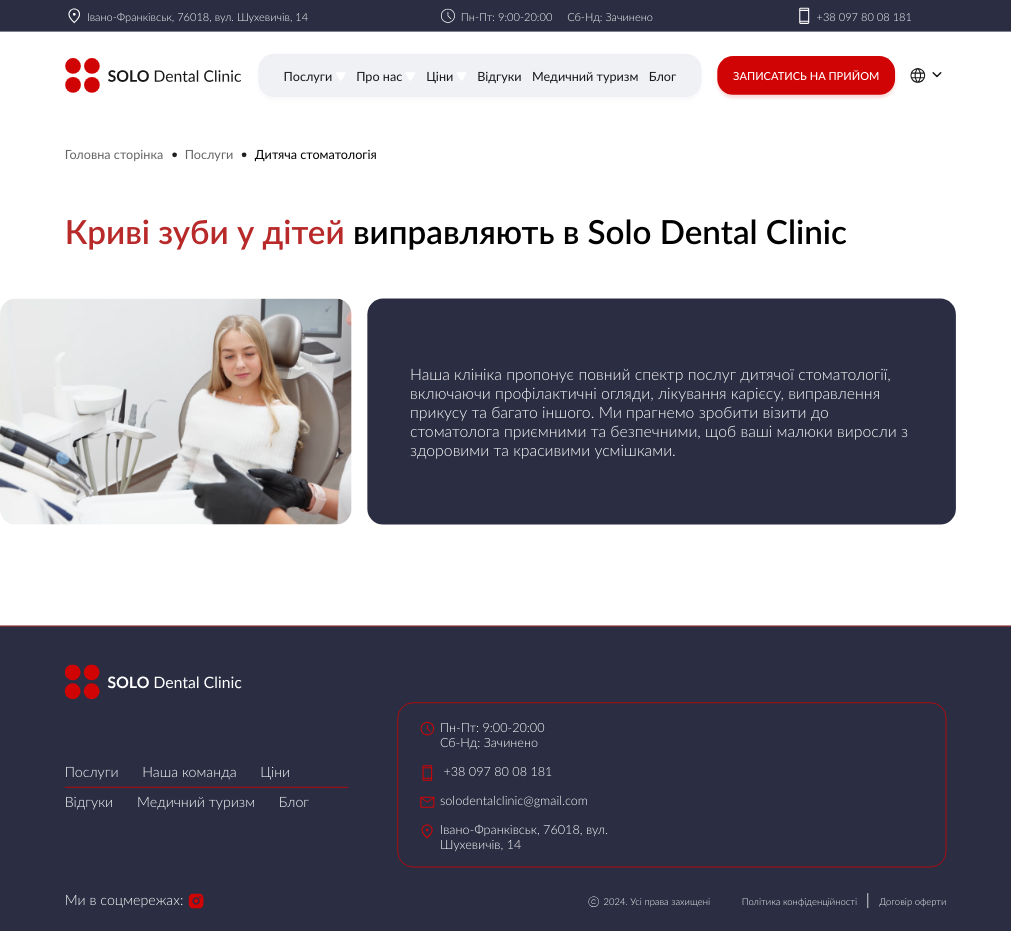
Repository: TarasDutchak/dental-clinic
Page: pediatric-dentistry.html
An editor plug-in stored every save of this project. The page is shown before and after the next save, followed by the edit.
The browser window is 1280 px wide. The pictures show the whole page, at 79% of full size.
Pictures or frames that could not be fetched are drawn as grey boxes.

Above is the page before, as saved 2024-12-31 07:56:09.

### pediatric-dentistry.html
<!DOCTYPE html>
<html lang="en">

<head>
    <meta charset="UTF-8">
    <meta http-equiv="X-UA-Compatible" content="IE=edge">
    <meta name="viewport" content="width=device-width, initial-scale=1.0">
    <title>Дитяча стоматологія</title>
    <link rel="icon" type="image/x-icon" href="favicon.png">
    <link rel="stylesheet" href="css/lib/swiper-bundle.min.css">
    <link rel="stylesheet" href="css/lib/bootstrap-grid.min.css">
    <link rel="stylesheet" href="css/lib/plyr.css">
    <link rel="stylesheet" href="css/lib/select2.css">
    <link rel="stylesheet" href="css/style.css">
</head>

<body>

    <header class="header">
        <div class="header__top">
            <div class="container">
                <div class="row align-items-center">
                    <div class="col-lg-5 col-md-4">
                        <p>
                            <img src="img/header/loc.svg" alt="location">
                            Івано-Франківськ, 76018, вул. Шухевичів, 14
                        </p>
                    </div>
                    <div class="col-lg-4 col-md-4">
                        <p>
                            <img src="img/header/time.svg" alt="workingday">
                            <span>Пн-Пт: 9:00-20:00</span>
                            <span>Сб-Нд: Зачинено</span>
                        </p>
                    </div>
                    <div class="col-lg-3 col-md-4 text-center">
                        <p>
                            <a href="tel:+380978008181">
                                <img src="img/header/tel.svg" alt="tel">
                                +38 097 80 08 181
                            </a>
                        </p>
                    </div>
                </div>
            </div>
        </div>
        <div class="header__content">
            <div class="container_header container">
                <div class="header__logo">
                    <a href="index.html"><img src="img/header/logo.svg" alt="logo"></a>
                </div>
                <div class="header__nav">
                    <nav>
                        <ul>
                            <li class="submenu">
                                <a href="#">
                                    Послуги
                                </a>
                                <ul class="large">
                                    <li><a href="#">Всі послуги</a></li>
                                    <li><a href="#">Відбілювання</a></li>
                                    <li><a href="#">Вініри</a></li>
                                    <li><a href="#">Коронки</a></li>
                                    <li><a href="#">Імплантація</a></li>
                                    <li><a href="#">Гнатологія</a></li>
                                    <li><a href="#">Гігієна ротової порожнини</a></li>
                                    <li><a href="#" class="active">Лікування карієсу</a></li>
                                    <li><a href="#" class="disable">Лікування каналів</a></li>
                                    <li><a href="#">Лікування ясен</a></li>
                                    <li><a href="#">Зубні імпланти</a></li>
                                    <li><a href="#">Хірургічна стоматологія</a></li>
                                    <li><a href="#">Видалення зубів мудрості</a></li>
                                    <li><a href="#">Стоматологія сну</a></li>
                                    <li><a href="#">Виправлення прикусу</a></li>
                                    <li><a href="#">Дитяча стоматологія</a></li>
                                    <li><a href="#">Діагностика ротової порожнини</a></li>
                                </ul>
                            </li>
                            <li class="submenu">
                                <a href="#">
                                    Про нас
                                </a>
                                <ul>
                                    <li><a href="#">Наша клініка</a></li>
                                    <li><a href="#">Лікарі</a></li>
                                    <li><a href="#">Історії лікування</a></li>
                                </ul>
                            </li>
                            <li class="submenu">
                                <a href="#">
                                    Ціни
                                </a>
                                <ul>
                                    <li><a href="#">Прайс</a></li>
                                    <li><a href="#">Оплата частинами</a></li>
                                </ul>
                            </li>
                            <li>
                                <a href="#">
                                    Відгуки
                                </a>
                            </li>
                            <li>
                                <a href="#">
                                    Медичний туризм
                                </a>
                            </li>
                            <li>
                                <a href="#">
                                    Блог
                                </a>
                            </li>
                        </ul>
                        <a href="#" class="redbtn mobshow" data-modal-target="appointmentmodal">
                            записатись на прийом
                        </a>
                    </nav>
                    <button class="closemenu">
                        <img src="img/header/close.png" alt="close menu">
                    </button>
                </div>
                <div class="header__rightsect">
                    <a href="#" class="redbtn" data-modal-target="appointmentmodal">
                        записатись на прийом
                    </a>
                    <div class="languagebox">
                        <span>
                            <img src="img/header/earth.svg" alt="language">
                        </span>
                        <ul>
                            <li>
                                <a href="#">
                                    <img src="img/header/us-flag.svg" alt="english">
                                    En
                                </a>
                            </li>
                            <li class="active">
                                <a href="#">
                                    <img src="img/header/ua-flag.svg" alt="ukrainian">
                                    Uk
                                </a>
                            </li>
                        </ul>
                    </div>
                    <button class="headermenubtn">
                        <img src="img/header/menu.png" alt="menu">
                    </button>
                </div>
            </div>
        </div>
        <div class="menubg"></div>
    </header>

    <main class="main">
        <div class="container">
            <div class="breadcrumbs">
                <ul>
                    <li><a href="#">Головна сторінка</a></li>
                    <li><a href="#">Послуги</a></li>
                    <li>Дитяча стоматологія</li>
                </ul>
            </div>
        </div>

        <section class="aboutsect">
            <div class="container">
                <h1>
                    <span>Криві зуби у дітей</span> виправляють в Solo Dental Clinic
                </h1>
            </div>
            <div class="reversesect">
                <div class="container-r0">
                    <div class="d-flex">
                        <div class="reversesect__left">
                            <div class="descr">
                                <p>
                                    Наша клініка пропонує повний спектр послуг дитячої стоматології, включаючи
                                    профілактичні
                                    огляди, лікування карієсу, виправлення прикусу та багато іншого. Ми прагнемо зробити
                                    візити до стоматолога приємними та безпечними, щоб ваші малюки виросли
                                    з здоровими та красивими усмішками.
                                </p>
                            </div>
                        </div>
                        <div class="reversesect__right">
                            <div class="imgsect">
                                <img src="img/pediatricdentistry/2.jpg" alt="img">
                            </div>
                        </div>
                    </div>
                </div>
            </div>



        </section>




    </main>

    <footer class="footer">
        <div class="container">
            <div class="row align-items-center">
                <div class="col-12">
                    <a href="index.html" class="footer__logo">
                        <img src="img/footer/logo-footer.svg" alt="logo">
                    </a>
                </div>
                <div class="col-xl-4">
                    <ul class="footer__nav">
                        <li><a href="#">Послуги</a></li>
                        <li><a href="#">Наша команда</a></li>
                        <li><a href="#">Ціни</a></li>
                        <li><a href="#">Відгуки</a></li>
                        <li><a href="#">Mедичний туризм</a></li>
                        <li><a href="#">Блог</a></li>
                    </ul>
                </div>
                <div class="col-xl-8 text-end">
                    <div class="footer__info">
                        <div class="footinfwrap">
                            <ul>
                                <li>
                                    <img src="img/footer/foot-clock.svg" alt="icon">
                                    <p>
                                        Пн-Пт: 9:00-20:00 <br>
                                        Сб-Нд: Зачинено
                                    </p>
                                </li>
                                <li>
                                    <img src="img/footer/foot-tel.svg" alt="icon">
                                    <a href="tel: +380978008181"> +38 097 80 08 181</a>
                                </li>
                                <li>
                                    <img src="img/footer/foot-email.svg" alt="icon">
                                    <a href="mailto:solodentalclinic@gmail.com">solodentalclinic@gmail.com</a>
                                </li>
                                <li>
                                    <img src="img/footer/foot-loc.svg" alt="icon">
                                    <p>
                                        Івано-Франківськ, 76018, вул. Шухевичів, 14
                                    </p>
                                </li>
                            </ul>
                        </div>
                        <div class="mapwrap">
                            <iframe
                                src="https://www.google.com/maps/embed?pb=!1m18!1m12!1m3!1d2621.917959431259!2d24.720775176848996!3d48.91695529658282!2m3!1f0!2f0!3f0!3m2!1i1024!2i768!4f13.1!3m3!1m2!1s0x4730c166259a99f7%3A0xe9b1d0f143ae48f0!2z0LLRg9C70LjRhtGPINCo0YPRhdC10LLQuNGH0ZbQsiwgMTQsINCG0LLQsNC90L4t0KTRgNCw0L3QutGW0LLRgdGM0LosINCG0LLQsNC90L4t0KTRgNCw0L3QutGW0LLRgdGM0LrQsCDQvtCx0LvQsNGB0YLRjCwgNzYwMDA!5e0!3m2!1suk!2sua!4v1735398550766!5m2!1suk!2sua"
                                style="border:0;" allowfullscreen="" loading="lazy"
                                referrerpolicy="no-referrer-when-downgrade"></iframe>
                        </div>
                    </div>
                </div>
            </div>
            <div class="footer__bottomsect">
                <div class="row align-items-center">
                    <div class="col-xl-6 col-lg-5">
                        <p class="weinsoc">
                            Ми в соцмережах:
                            <a href="#">
                                <svg width="28" height="29" viewBox="0 0 28 29" fill="none"
                                    xmlns="http://www.w3.org/2000/svg">
                                    <path
                                        d="M14.8667 2.83301C16.1792 2.83651 16.8453 2.84351 17.4205 2.85984L17.6468 2.86801C17.9082 2.87734 18.166 2.88901 18.4775 2.90301C19.7188 2.96134 20.5658 3.15734 21.309 3.44551C22.079 3.74184 22.7277 4.14317 23.3763 4.79067C23.9698 5.3737 24.4289 6.07923 24.7215 6.85801C25.0097 7.60117 25.2057 8.44817 25.264 9.69067C25.278 10.001 25.2897 10.2588 25.299 10.5213L25.306 10.7477C25.3235 11.3217 25.3305 11.9878 25.3328 13.3003L25.334 14.1707V15.699C25.3368 16.55 25.3279 17.4009 25.3072 18.2517L25.3002 18.478C25.2908 18.7405 25.2792 18.9983 25.2652 19.3087C25.2068 20.5512 25.0085 21.397 24.7215 22.1413C24.4289 22.9201 23.9698 23.6257 23.3763 24.2087C22.7933 24.8022 22.0878 25.2612 21.309 25.5538C20.5658 25.842 19.7188 26.038 18.4775 26.0963L17.6468 26.1313L17.4205 26.1383C16.8453 26.1547 16.1792 26.1628 14.8667 26.1652L13.9963 26.1663H12.4692C11.6178 26.1693 10.7664 26.1604 9.91533 26.1395L9.689 26.1325C9.41204 26.122 9.13515 26.11 8.85833 26.0963C7.617 26.038 6.77 25.842 6.02566 25.5538C5.2473 25.2611 4.54218 24.802 3.9595 24.2087C3.3656 23.6258 2.90612 22.9202 2.61316 22.1413C2.325 21.3982 2.129 20.5512 2.07066 19.3087L2.03566 18.478L2.02983 18.2517C2.00832 17.401 1.9986 16.55 2.00066 15.699V13.3003C1.99743 12.4494 2.00599 11.5984 2.02633 10.7477L2.0345 10.5213C2.04383 10.2588 2.0555 10.001 2.0695 9.69067C2.12783 8.44817 2.32383 7.60234 2.612 6.85801C2.90564 6.07891 3.36592 5.37335 3.96066 4.79067C4.54301 4.19748 5.24772 3.73843 6.02566 3.44551C6.77 3.15734 7.61583 2.96134 8.85833 2.90301C9.16866 2.88901 9.42766 2.87734 9.689 2.86801L9.91533 2.86101C10.7661 2.84028 11.617 2.83133 12.468 2.83417L14.8667 2.83301ZM13.6673 8.66634C12.1202 8.66634 10.6365 9.28092 9.54254 10.3749C8.44858 11.4688 7.834 12.9526 7.834 14.4997C7.834 16.0468 8.44858 17.5305 9.54254 18.6245C10.6365 19.7184 12.1202 20.333 13.6673 20.333C15.2144 20.333 16.6982 19.7184 17.7921 18.6245C18.8861 17.5305 19.5007 16.0468 19.5007 14.4997C19.5007 12.9526 18.8861 11.4688 17.7921 10.3749C16.6982 9.28092 15.2144 8.66634 13.6673 8.66634ZM13.6673 10.9997C14.127 10.9996 14.5821 11.0901 15.0068 11.2659C15.4314 11.4417 15.8173 11.6994 16.1424 12.0244C16.4674 12.3493 16.7253 12.7351 16.9013 13.1597C17.0772 13.5844 17.1678 14.0395 17.1679 14.4991C17.168 14.9587 17.0775 15.4139 16.9017 15.8385C16.7259 16.2632 16.4682 16.6491 16.1432 16.9741C15.8182 17.2992 15.4325 17.5571 15.0078 17.733C14.5832 17.909 14.1281 17.9996 13.6685 17.9997C12.7402 17.9997 11.85 17.6309 11.1936 16.9745C10.5372 16.3182 10.1685 15.4279 10.1685 14.4997C10.1685 13.5714 10.5372 12.6812 11.1936 12.0248C11.85 11.3684 12.7402 10.9997 13.6685 10.9997M19.7935 6.91634C19.4067 6.91634 19.0358 7.06999 18.7623 7.34348C18.4888 7.61697 18.3352 7.9879 18.3352 8.37467C18.3352 8.76145 18.4888 9.13238 18.7623 9.40587C19.0358 9.67936 19.4067 9.83301 19.7935 9.83301C20.1803 9.83301 20.5512 9.67936 20.8247 9.40587C21.0982 9.13238 21.2518 8.76145 21.2518 8.37467C21.2518 7.9879 21.0982 7.61697 20.8247 7.34348C20.5512 7.06999 20.1803 6.91634 19.7935 6.91634Z"
                                        fill="#D00404" />
                                </svg>
                            </a>
                        </p>
                    </div>
                    <div class="col-xl-6 col-lg-7">
                        <ul>
                            <li>
                                <p>
                                    <img src="img/footer/copyright.svg" alt="icon">
                                    2024. Усі права захищені
                                </p>
                            </li>
                            <li>
                                <a href="#">Політика конфіденційності</a>
                            </li>
                            <li>
                                <a href="#">Договір оферти</a>
                            </li>
                        </ul>
                    </div>
                </div>
            </div>
        </div>
    </footer>





    <!-- consultationmodal -->
    <div id="consultationmodal" class="modal bgmodal">
        <div class="modal-dialog">
            <div class="modal-content">
                <span class="close closemod">
                    <img src="img/general/close-modal.svg" alt="close">
                </span>
                <p class="title">Заповніть форму нижче і ми зв’яжемось з Вами у робочі години</p>
                <form action="#">
                    <div class="row align-items-center">
                        <div class="col-lg-7">
                            <div class="inputfield">
                                <label for="name">Ваше ім’я*</label>
                                <input id="name" type="text" placeholder="Введіть своє ім’я">
                            </div>
                        </div>
                        <div class="col-lg-5 selwr">
                            <div class="inputfield rpad">
                                <select class="customselect" name="formcons" data-placeholder="форма консультації:">
                                    <option></option>
                                    <option value="0">Онлайн консультація</option>
                                    <option value="1">Консультація в клініці</option>
                                </select>
                            </div>
                        </div>
                        <div class="col-lg-7">
                            <div class="inputfield">
                                <label for="tel">Номер телефону*</label>
                                <input id="tel" type="number" placeholder="Введіть номер телефону">
                            </div>
                        </div>
                        <div class="col-lg-7">
                            <div class="inputfield">
                                <label for="comment">Ваш коментар</label>
                                <textarea id="comment" placeholder=""></textarea>
                            </div>
                        </div>
                        <div class="col-lg-7">
                            <div class="inputfield check">
                                <input type="checkbox" id="check">
                                <label for="check">
                                    Я погоджуюсь з обробкою персональних даних <br>
                                    політика конфіденційності
                                </label>
                            </div>
                        </div>
                        <div class="col-lg-5 text-end">
                            <!-- <button type="submit" class="bluebtn">
                            НАДІСЛАТИ
                        </button> -->
                            <a href="#" class="bluebtn close" data-modal-target="thankmodal">НАДІСЛАТИ</a>
                        </div>
                    </div>
                </form>
            </div>
        </div>
    </div>

    <div id="thankmodal" class="modal smmodal text-center">
        <div class="modal-content">
            <span class="close closemod">
                <img src="img/general/close-modal.svg" alt="close">
            </span>
            <p>
                Вашу форму надіслано!
            </p>
            <p>
                Дякуємо, ми Вам залетелефонуємо
                <img src="img/general/modicon.svg" alt="img">
            </p>
            <button class="bluebtn close">
                Закрити
            </button>
        </div>
    </div>

    <div id="appointmentmodal" class="modal mdmodal">
        <div class="modal-dialog">
            <div class="modal-content">
                <span class="close closemod">
                    <img src="img/general/close-modal.svg" alt="close">
                </span>
                <p class="title">Заповніть форму нижче<br> і ми зв’яжемось з Вами у робочі години</p>
                <form action="#">
                    <div class="row align-items-center">
                        <div class="col-lg-12">
                            <div class="inputfield">
                                <label for="name">Ваше ім’я*</label>
                                <input id="name" type="text" placeholder="Введіть своє ім’я">
                            </div>
                        </div>
                        <div class="col-lg-12">
                            <div class="inputfield">
                                <label for="tel">Номер телефону*</label>
                                <input id="tel" type="number" placeholder="Введіть номер телефону">
                            </div>
                        </div>
                        <div class="col-lg-12">
                            <div class="inputfield">
                                <label for="comment">Ваш коментар</label>
                                <textarea id="comment" placeholder=""></textarea>
                            </div>
                        </div>
                        <div class="col-lg-12">
                            <div class="inputfield check">
                                <input type="checkbox" id="check">
                                <label for="check">
                                    Я погоджуюсь з обробкою персональних даних <br>
                                    політика конфіденційності
                                </label>
                            </div>
                        </div>
                        <div class="col-lg-12 text-center">
                            <!-- <button type="submit" class="bluebtn">
                            НАДІСЛАТИ
                        </button> -->
                            <a href="#" class="bluebtn close" data-modal-target="thankmodal">НАДІСЛАТИ</a>
                        </div>
                    </div>
                </form>
            </div>
        </div>
    </div>

    <script src="js/lib/jquery.js"></script>
    <script src="js/lib/swiper-bundle.min.js"></script>
    <script src="js/lib/plyr.js"></script>
    <script src="js/lib/select2.js"></script>
    <script src="js/main.js"></script>

</body>



</html>

Loaded but not shown: css/lib/swiper-bundle.min.css (library); css/lib/bootstrap-grid.min.css (library); css/lib/plyr.css (library); css/lib/select2.css (library); css/style.css (library); js/lib/jquery.js (library); js/lib/swiper-bundle.min.js (library); js/lib/plyr.js (library); js/lib/select2.js (library); js/main.js (244 lines, source omitted)

After the next save:
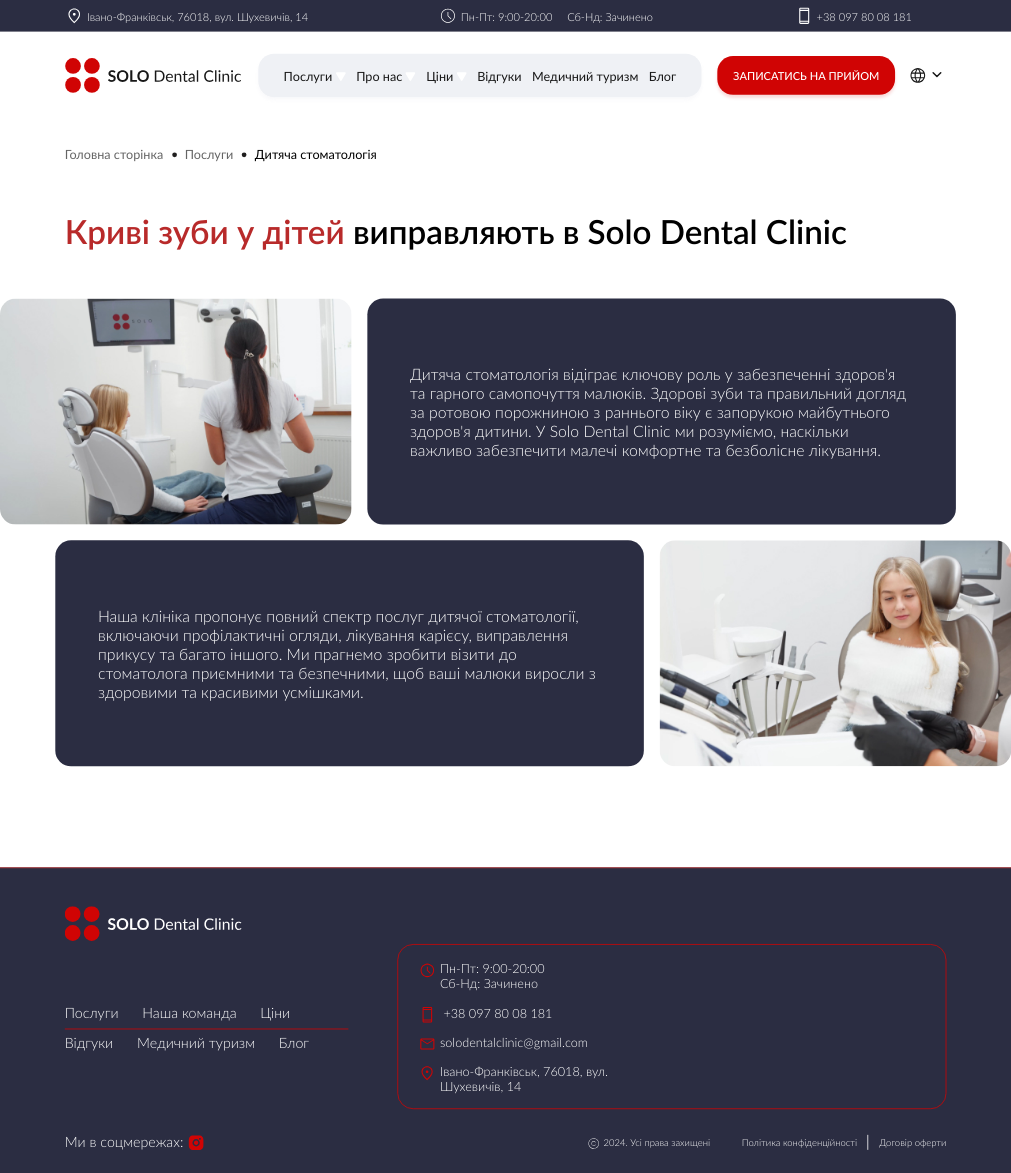
Saved 41 s later.
--- a/pediatric-dentistry.html
+++ b/pediatric-dentistry.html
@@ -169,6 +169,25 @@
                 </h1>
             </div>
             <div class="reversesect">
+                <div class="container-r0">
+                    <div class="d-flex">
+                        <div class="reversesect__left">
+                            <div class="descr">
+                                <p>
+                                    Дитяча стоматологія відіграє ключову роль у забезпеченні здоров'я та гарного
+                                    самопочуття малюків. Здорові зуби та правильний догляд за ротовою порожниною з
+                                    раннього віку є запорукою майбутнього здоров'я дитини. У Solo Dental Clinic ми
+                                    розуміємо, наскільки важливо забезпечити малечі комфортне та безболісне лікування.
+                                </p>
+                            </div>
+                        </div>
+                        <div class="reversesect__right">
+                            <div class="imgsect">
+                                <img src="img/pediatricdentistry/1.jpg" alt="img">
+                            </div>
+                        </div>
+                    </div>
+                </div>
                 <div class="container-r0">
                     <div class="d-flex">
                         <div class="reversesect__left">
